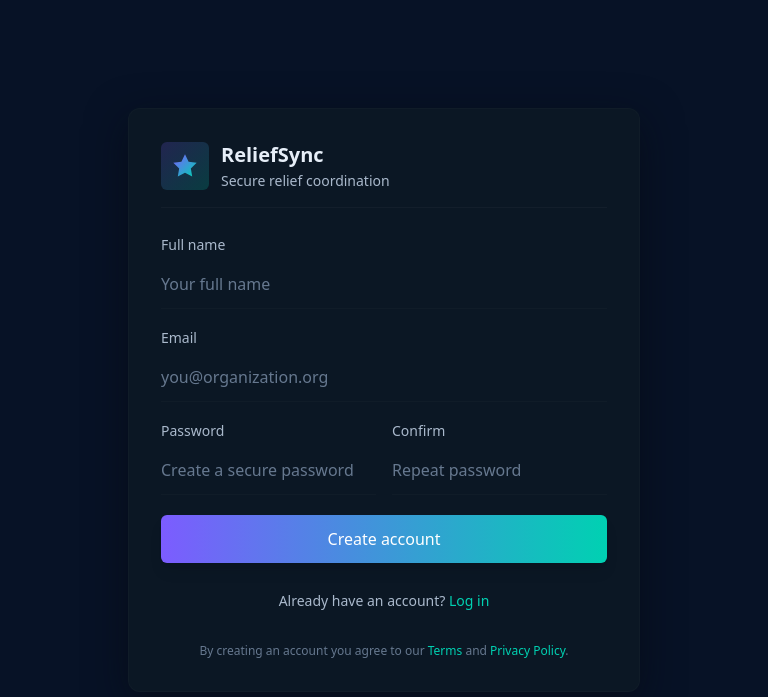
Repository: Gazal1116/Reliefsync
Page: / (app in Frontend/)
The author's editor kept a copy of each file at every save. The page is drawn from the files as they stood at one save, then again after the next save.
The browser window is 768 px wide. The pictures show the whole page.
The project was rebuilt for these pictures with package versions that can differ from the ones it lists, and the page was loaded fresh each time. Also part of the build but not shown: Frontend/vite.config.js.

Above is the page before, as saved 2026-03-02 22:19:04.

### Frontend/index.html
<!doctype html>
<html lang="en">
  <head>
    <meta charset="UTF-8" />
    <link rel="icon" type="image/svg+xml" href="/vite.svg" />
    <meta name="viewport" content="width=device-width, initial-scale=1.0" />
    <title>reliefsync</title>
  </head>
  <body>
    <div id="root"></div>
    <script type="module" src="/src/main.jsx"></script>
  </body>
</html>

### Frontend/src/index.css
@tailwind base;
@tailwind components;
@tailwind utilities;

:root {
	--bg: #0B1220;
	--surface: #0F1724;
	--elev: #0F2030;
	--primary: #7C5CFF;
	--primary-fg: #FFFFFF;
	--accent: #00D1B2;
	--border: #1E293B;
	--text-high: #E6EEF8;
	--text-mid: #AAB9CC;
	--text-low: #66788F;
	--success: #22C55E;
	--warning: #F59E0B;
	--error: #EF4444;
}

html, body, #root {
	height: 100%;
}

body {
	/* richer subtle gradient background for depth */
	background: radial-gradient(800px 400px at 10% 10%, rgba(124,92,255,0.04), transparent 6%),
							linear-gradient(180deg, #071226 0%, #061523 40%, #04121a 100%);
	color: var(--text-high);
	-webkit-font-smoothing: antialiased;
	-moz-osx-font-smoothing: grayscale;
}

/* Form element defaults for dark theme */

/* Inputs: minimal, subtle bottom border for a clean professional look */
input, textarea, select {
	background-color: transparent;
	color: var(--text-high);
	border: none;
	border-bottom: 1px solid rgba(255,255,255,0.06);
	padding: 0.625rem 0.75rem;
}

input::placeholder, textarea::placeholder {
	color: var(--text-low);
	opacity: 1;
}

input:focus, textarea:focus, select:focus {
	outline: none;
	box-shadow: 0 8px 30px rgba(124,92,255,0.06);
	border-bottom-color: var(--primary);
}

.btn-primary {
	background: linear-gradient(90deg, var(--primary), #4ad9c6);
	color: var(--primary-fg);
	border: none;
}
.btn-primary:hover { transform: translateY(-1px); }

.link-accent {
	color: var(--accent);
}

.card-surface {
	background: linear-gradient(180deg, rgba(255,255,255,0.01), rgba(255,255,255,0.015));
	border: 1px solid rgba(255,255,255,0.02);
	backdrop-filter: blur(6px);
}

/* small helpers */
.rounded-xl { border-radius: 12px; }
.shadow-2xl { box-shadow: 0 12px 40px rgba(6,10,18,0.6); }

/* Two-column marketing card left panel */
.panel-left {
	background: linear-gradient(135deg, #6f4cff 0%, #8a6bff 40%, #4ad9c6 100%);
	padding: 2rem;
	color: white;
	display: flex;
	flex-direction: column;
	justify-content: center;
	gap: 1rem;
	border-top-left-radius: 12px;
	border-bottom-left-radius: 12px;
}

.panel-left h3 { font-size: 1.5rem; margin: 0; font-weight: 700; }
.panel-left p { color: rgba(255,255,255,0.9); margin: 0; }
.panel-left ul { margin: 0.5rem 0 0 0.25rem; padding-left: 1rem; color: rgba(255,255,255,0.9); }

/* Right panel (form) tweaks within the card */
.panel-right { padding: 2rem; }

@media (max-width: 768px) {
	.panel-left { border-radius: 12px 12px 0 0; }
}

### Frontend/src/App.jsx
import Register from './components/register';

function App() {
  return (
    <div>
      <Register />
    </div>
  );
}

export default App;

### Frontend/src/components/register.jsx
import React, { useState } from 'react';

export default function Register() {
	const [form, setForm] = useState({ name: '', email: '', password: '', confirm: '' });
	const [error, setError] = useState('');
	const [loading, setLoading] = useState(false);

	const handleChange = (e) => setForm({ ...form, [e.target.name]: e.target.value });

	const handleSubmit = async (e) => {
		e.preventDefault();
		setError('');
		if (!form.name || !form.email || !form.password) {
			setError('Please fill all required fields.');
			return;
		}
		if (form.password !== form.confirm) {
			setError('Passwords do not match.');
			return;
		}
		setLoading(true);
		try {
			// TODO: replace with real API call to backend
			console.log('Register payload', form);
			await new Promise((r) => setTimeout(r, 700));
			// success flow (redirect or toast) goes here
		} catch (err) {
			setError('Registration failed. Please try again.');
		} finally {
			setLoading(false);
		}
	};

	return (
		<main className="min-h-screen flex items-center justify-center px-4 py-12 bg-bg">
			<section className="w-full max-w-lg bg-surface border border-border rounded-xl p-8 shadow-soft-dark">
				{/* header with logo */}
				<div className="flex items-center gap-3 mb-4">
					<div className="w-12 h-12 flex items-center justify-center rounded-md bg-gradient-to-br from-primary/20 to-accent/20">
						<svg width="28" height="28" viewBox="0 0 24 24" fill="none" xmlns="http://www.w3.org/2000/svg" aria-hidden>
							<path d="M12 2L15.09 8.26L22 9.27L17 14.14L18.18 21.02L12 17.77L5.82 21.02L7 14.14L2 9.27L8.91 8.26L12 2Z" fill="url(#g)" />
							<defs>
								<linearGradient id="g" x1="0" x2="1" y1="0" y2="1">
									<stop offset="0" stopColor="#7C5CFF" />
									<stop offset="1" stopColor="#00D1B2" />
								</linearGradient>
							</defs>
						</svg>
					</div>
					<div>
						<h2 className="text-xl font-semibold text-text-high">ReliefSync</h2>
						<p className="text-sm mt-0.5 text-text-mid">Secure relief coordination</p>
					</div>
				</div>

				<hr className="border-t" style={{ borderColor: 'rgba(255,255,255,0.03)', marginTop: 8, marginBottom: 14 }} />

				<form className="mt-6" onSubmit={handleSubmit} noValidate>
					<div className="grid gap-4">
						<label className="block">
							<span className="text-sm text-text-mid">Full name</span>
							<input
								name="name"
								value={form.name}
								onChange={handleChange}
								placeholder="Your full name"
								aria-label="Full name"
								className="mt-1 w-full bg-transparent border-b border-border text-text-high py-3 px-0 focus:outline-none focus:border-primary"
								required
							/>
						</label>


						<label className="block">
							<span className="text-sm text-text-mid">Email</span>
							<input
								name="email"
								type="email"
								value={form.email}
								onChange={handleChange}
								placeholder="you@organization.org"
								aria-label="Email address"
								className="mt-1 w-full bg-transparent border-b border-border text-text-high py-3 px-0 focus:outline-none focus:border-primary"
								required
							/>
						</label>

						<div className="grid grid-cols-1 md:grid-cols-2 gap-4">
							<label className="block">
								<span className="text-sm text-text-mid">Password</span>
								<input
									name="password"
									type="password"
									value={form.password}
									onChange={handleChange}
									placeholder="Create a secure password"
									aria-label="Password"
									className="mt-1 w-full bg-transparent border-b border-border text-text-high py-3 px-0 focus:outline-none focus:border-primary"
									required
								/>
							</label>

							<label className="block">
								<span className="text-sm text-text-mid">Confirm</span>
								<input
									name="confirm"
									type="password"
									value={form.confirm}
									onChange={handleChange}
									placeholder="Repeat password"
									aria-label="Confirm password"
									className="mt-1 w-full bg-transparent border-b border-border text-text-high py-3 px-0 focus:outline-none focus:border-primary"
									required
								/>
							</label>
						</div>

						{error && (
							<div role="alert" className="text-sm text-red-400">{error}</div>
						)}

						<button
							type="submit"
							className="w-full py-3 rounded-md mt-1 flex items-center justify-center gap-2 bg-gradient-to-r from-primary to-accent text-white shadow-lg transform transition-transform hover:-translate-y-0.5 disabled:opacity-70"
							disabled={loading}
							aria-busy={loading}
						>
							<span className="font-medium">{loading ? 'Creating account…' : 'Create account'}</span>
						</button>

						<div className="text-center text-sm mt-3 text-text-mid">
							Already have an account? <a href="/login" className="font-medium text-accent">Log in</a>
						</div>

						<p className="text-xs text-center mt-4 text-text-low">
							By creating an account you agree to our <a href="#" className="text-accent">Terms</a> and <a href="#" className="text-accent">Privacy Policy</a>.
						</p>
					</div>
				</form>
			</section>
		</main>
	);
}

### Frontend/tailwind.config.js
/** @type {import('tailwindcss').Config} */
export default {
  content: [
    "./index.html",
    "./src/**/*.{js,ts,jsx,tsx}",
  ],
  theme: {
    extend: {
      colors: {
        bg: '#071226',
        surface: '#0b1724',
        elev: '#071926',
        primary: '#7C5CFF',
        accent: '#00D1B2',
        'text-high': '#E6EEF8',
        'text-mid': '#AAB9CC',
        'text-low': '#66788F',
        border: 'rgba(255,255,255,0.02)'
      },
      boxShadow: {
        'soft-dark': '0 12px 40px rgba(6,10,18,0.6)'
      },
      borderRadius: {
        'lg-12': '12px'
      }
    },
  },
  plugins: [],
}

Loaded but not shown: Frontend/src/main.jsx (common file)

After the next save:
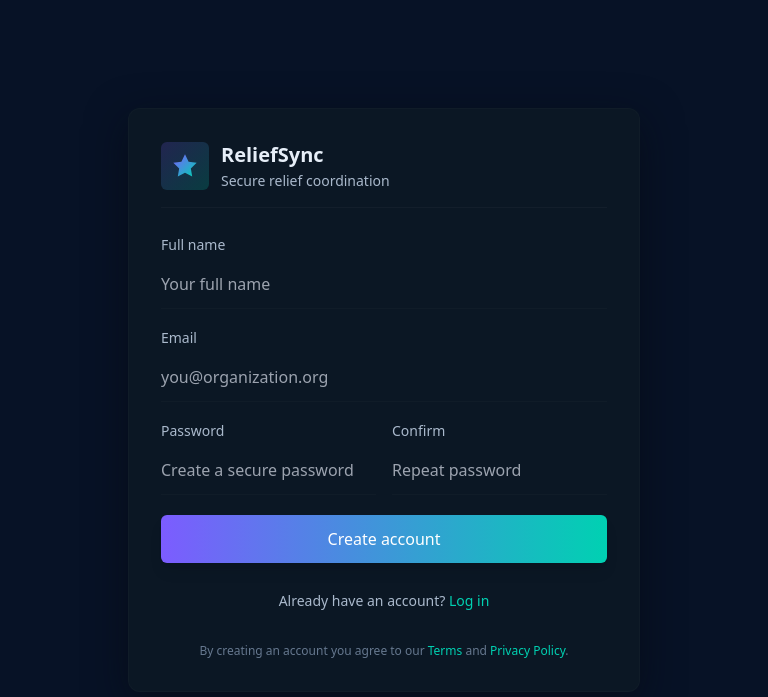
Saved 35 s later.
--- a/Frontend/src/index.css
+++ b/Frontend/src/index.css
@@ -2,98 +2,7 @@
 @tailwind components;
 @tailwind utilities;
 
-:root {
-	--bg: #0B1220;
-	--surface: #0F1724;
-	--elev: #0F2030;
-	--primary: #7C5CFF;
-	--primary-fg: #FFFFFF;
-	--accent: #00D1B2;
-	--border: #1E293B;
-	--text-high: #E6EEF8;
-	--text-mid: #AAB9CC;
-	--text-low: #66788F;
-	--success: #22C55E;
-	--warning: #F59E0B;
-	--error: #EF4444;
+@layer base {
+  html, body, #root { height: 100%; }
+  body { @apply antialiased; }
 }
-
-html, body, #root {
-	height: 100%;
-}
-
-body {
-	/* richer subtle gradient background for depth */
-	background: radial-gradient(800px 400px at 10% 10%, rgba(124,92,255,0.04), transparent 6%),
-							linear-gradient(180deg, #071226 0%, #061523 40%, #04121a 100%);
-	color: var(--text-high);
-	-webkit-font-smoothing: antialiased;
-	-moz-osx-font-smoothing: grayscale;
-}
-
-/* Form element defaults for dark theme */
-
-/* Inputs: minimal, subtle bottom border for a clean professional look */
-input, textarea, select {
-	background-color: transparent;
-	color: var(--text-high);
-	border: none;
-	border-bottom: 1px solid rgba(255,255,255,0.06);
-	padding: 0.625rem 0.75rem;
-}
-
-input::placeholder, textarea::placeholder {
-	color: var(--text-low);
-	opacity: 1;
-}
-
-input:focus, textarea:focus, select:focus {
-	outline: none;
-	box-shadow: 0 8px 30px rgba(124,92,255,0.06);
-	border-bottom-color: var(--primary);
-}
-
-.btn-primary {
-	background: linear-gradient(90deg, var(--primary), #4ad9c6);
-	color: var(--primary-fg);
-	border: none;
-}
-.btn-primary:hover { transform: translateY(-1px); }
-
-.link-accent {
-	color: var(--accent);
-}
-
-.card-surface {
-	background: linear-gradient(180deg, rgba(255,255,255,0.01), rgba(255,255,255,0.015));
-	border: 1px solid rgba(255,255,255,0.02);
-	backdrop-filter: blur(6px);
-}
-
-/* small helpers */
-.rounded-xl { border-radius: 12px; }
-.shadow-2xl { box-shadow: 0 12px 40px rgba(6,10,18,0.6); }
-
-/* Two-column marketing card left panel */
-.panel-left {
-	background: linear-gradient(135deg, #6f4cff 0%, #8a6bff 40%, #4ad9c6 100%);
-	padding: 2rem;
-	color: white;
-	display: flex;
-	flex-direction: column;
-	justify-content: center;
-	gap: 1rem;
-	border-top-left-radius: 12px;
-	border-bottom-left-radius: 12px;
-}
-
-.panel-left h3 { font-size: 1.5rem; margin: 0; font-weight: 700; }
-.panel-left p { color: rgba(255,255,255,0.9); margin: 0; }
-.panel-left ul { margin: 0.5rem 0 0 0.25rem; padding-left: 1rem; color: rgba(255,255,255,0.9); }
-
-/* Right panel (form) tweaks within the card */
-.panel-right { padding: 2rem; }
-
-@media (max-width: 768px) {
-	.panel-left { border-radius: 12px 12px 0 0; }
-}
